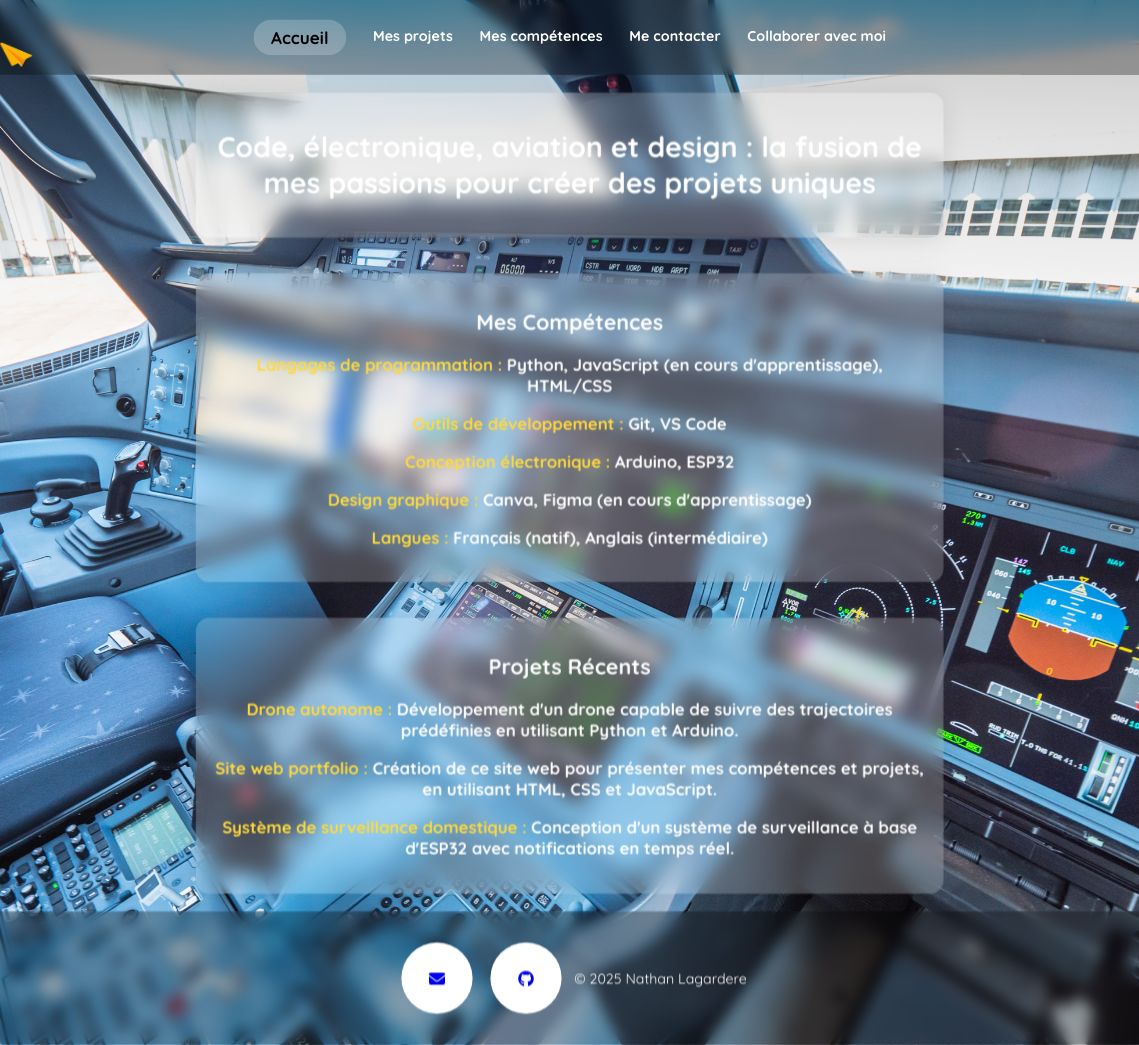
Repository: nlagardere/myportfolio
Page: index - Copie.html
These files come from the project's save history. The page is drawn as it stood at one moment and after a run of saves; the edit follows.
The browser window is 1280 px wide. The pictures show the whole page, at 89% of full size.

Above is the page before, as saved 2025-09-06 10:51:39.

After the next 3 saves:
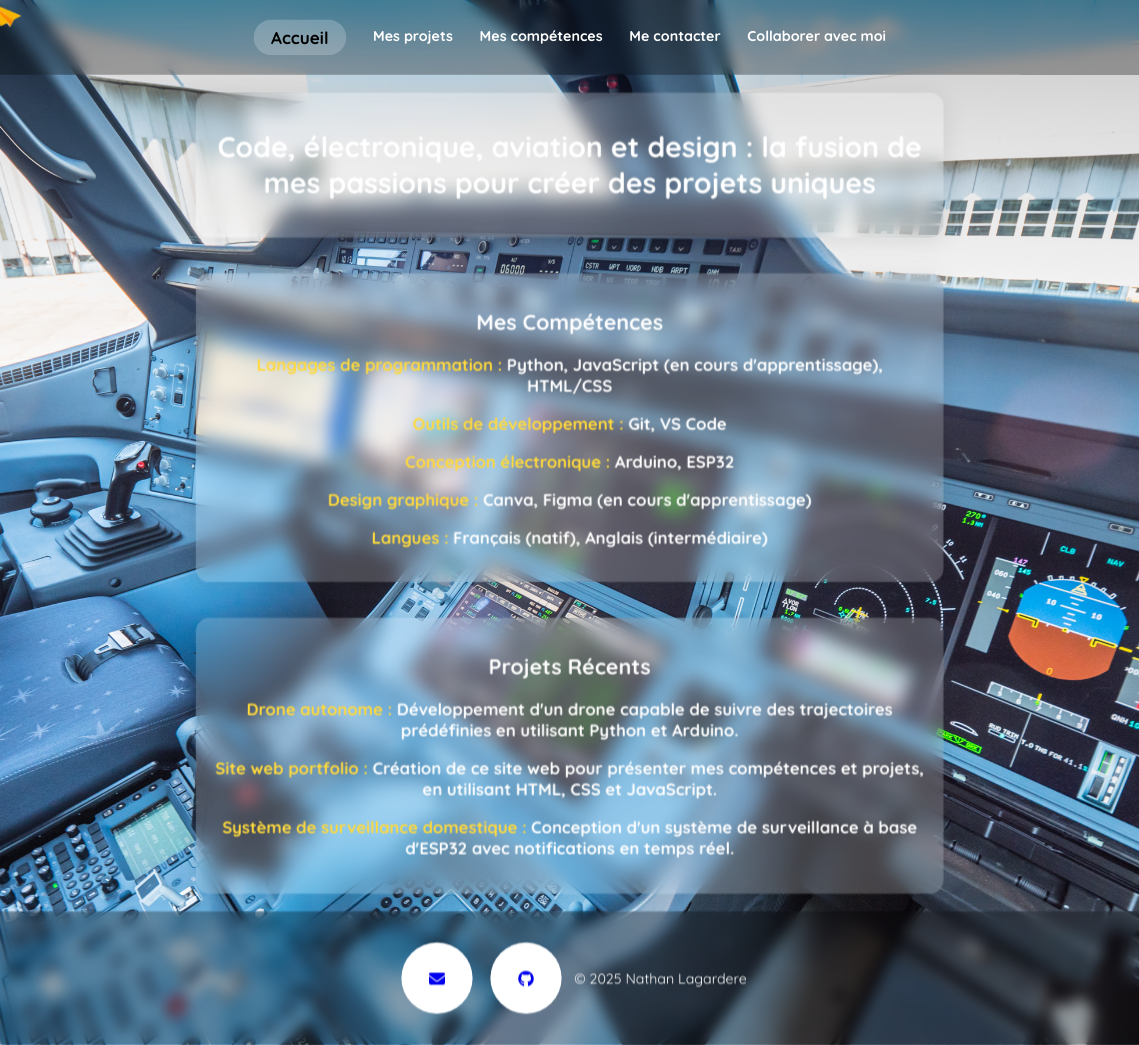
The 3 saves are shown as one change because they came seconds apart.
The last was saved 9 s later.
--- a/index - Copie.html
+++ b/index - Copie.html
@@ -198,7 +198,7 @@
   pointer-events: none; /* pour que le curseur ne bloque pas les clics */
   transform: translate(-50%, -50%);
   z-index: 9999;
-  transform: translate(-25%, 45%);
+  transform: translate(-45%, -25%);
 }
 
 
